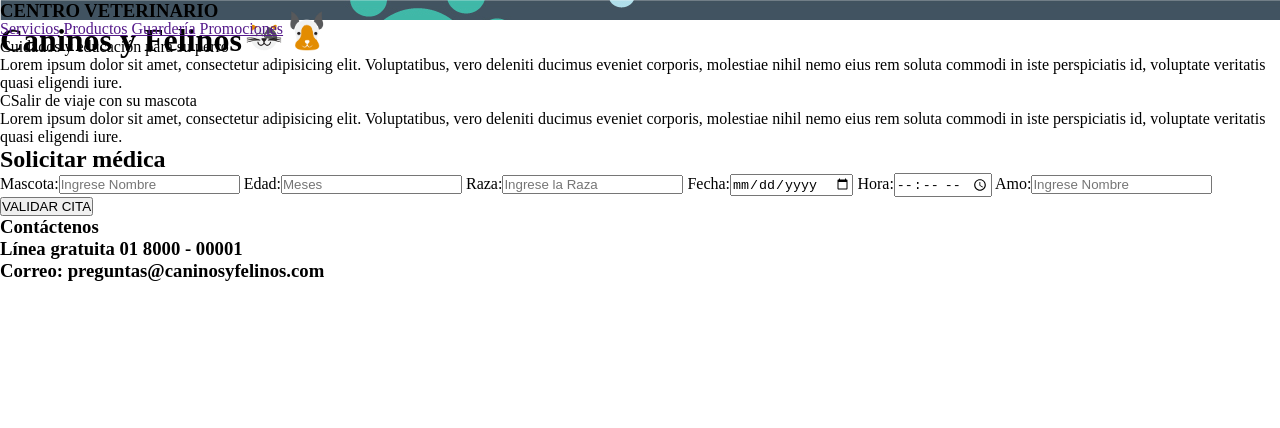
Repository: mariomr87/senaweb01
Page: principal.html
These files come from the project's save history. The page is drawn as it stood at one moment and after a run of saves; the edit follows.
The browser window is 1280 px wide. The pictures show the whole page.

Above is the page before, as saved 2021-09-26 19:45:58.

### principal.html
<!DOCTYPE html>
<html lang="en">
<head>
    <meta charset="UTF-8">
    <meta http-equiv="X-UA-Compatible" content="IE=edge">
    <meta name="viewport" content="width=device-width, initial-scale=1.0">
    <link rel="stylesheet" href="estilos.css">
    <title>Document</title>
</head>
<body>
    <div>
        <header>
            <div id="cabecera">
                <div class="header-text">
                    <h3>CENTRO VETERINARIO</h3>
                    <h1>Caninos y Felinos</h1>
                </div>
                <div class="header-text">
                    <img src="./imagenes/cat_white.png" alt="">
                    <img src="./imagenes/dog_white.png" alt="">
                </div>
            </div>
        </header>
        <nav>
            <td>
                <tr><a href="">Servicios</a></tr>
                <tr><a href="">Productos</a></tr>
                <tr><a href="">Guardería</a></tr>
                <tr><a href="">Promociones</a></tr>
            </td>
        </nav>
        <section>
            <article>
                <p>Cuidados y educación para su perro</p>
                <p>Lorem ipsum dolor sit amet, consectetur adipisicing elit. Voluptatibus, vero deleniti ducimus eveniet corporis, molestiae nihil nemo eius rem soluta commodi in iste perspiciatis id, voluptate veritatis quasi eligendi iure.</p>
            </article>
            <article>
                <p>CSalir de viaje con su mascota</p>
                <p>Lorem ipsum dolor sit amet, consectetur adipisicing elit. Voluptatibus, vero deleniti ducimus eveniet corporis, molestiae nihil nemo eius rem soluta commodi in iste perspiciatis id, voluptate veritatis quasi eligendi iure.</p>
            </article>
        </section>
        <aside>
            <form action="">
                <div><h2>Solicitar médica</h2></div>
                <div>
                    <label for="mascota_name">Mascota:</label><input type="text" placeholder="Ingrese Nombre" id="">
                    <label for="age_pet">Edad:</label><input type="number" name="" id="" placeholder="Meses">
                    <label for="raza_pet">Raza:</label><input type="text" name="" id="" placeholder="Ingrese la Raza">
                    <label for="fecha_ingreso_pet">Fecha:</label><input type="date" name="" id="">
                    <label for="hora_ingreso_pet">Hora:</label><input type="time" name="" id="">
                    <label for="amo_pet">Amo:</label><input type="text" name="" id="" placeholder="Ingrese Nombre">
                    <button type="submit">VALIDAR CITA</button>
                </div>
            </form>
        </aside>
        <footer>
            <h3>Contáctenos</h3>
            <h3>Línea gratuita 01 8000 - 00001</h3>
            <h3>Correo: preguntas@caninosyfelinos.com</h3>
        </footer>
    </div>
</body>
</html>

### estilos.css
*{
    margin: 0px;
    padding: 0px;
}

header div img{
    width: 8%;
}

header{

}

#cabecera{
    background-image: url("./imagenes/OPSEG70.jpg");
    background-repeat: initial;
    width: 100%;
    height: 20px;
}

.header-text{
    display: inline-block;
}

After the next 3 saves:
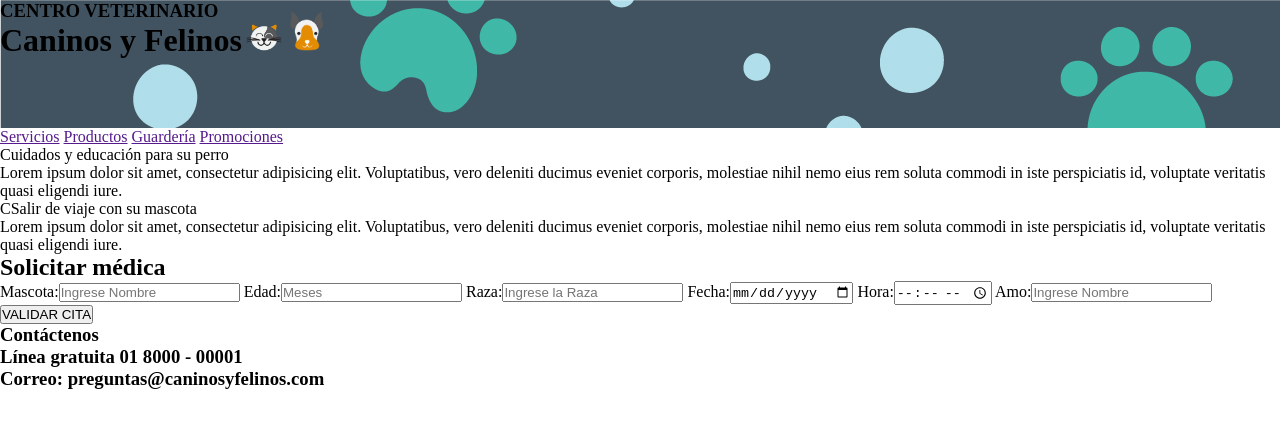
The 3 saves are shown as one change because they came seconds apart.
The last was saved 16 s later.
--- a/estilos.css
+++ b/estilos.css
@@ -15,7 +15,7 @@ header{
     background-image: url("./imagenes/OPSEG70.jpg");
     background-repeat: initial;
     width: 100%;
-    height: 20px;
+    height: 8em;
 }
 
 .header-text{
